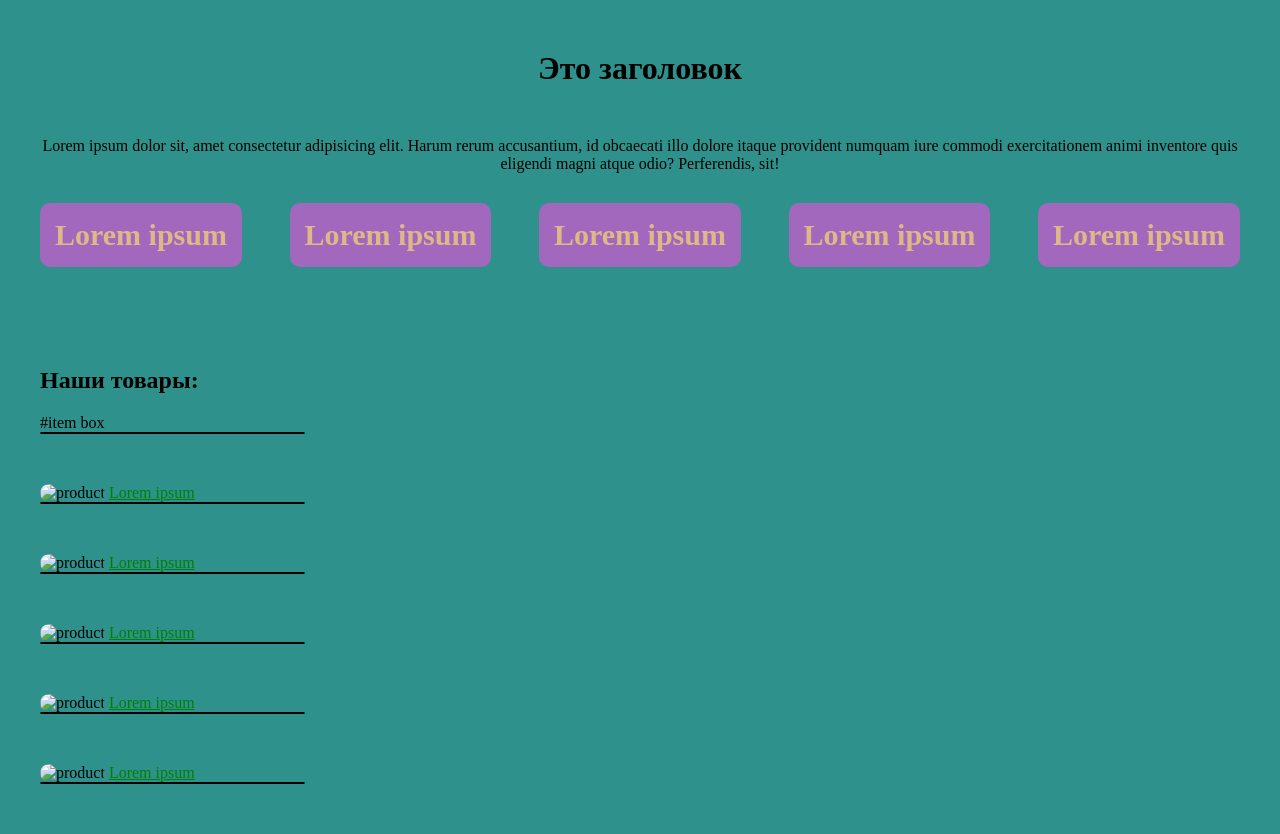
Repository: annamsklv/web
Page: seminar2_26.01/index.html
These files come from the project's save history. The page is drawn as it stood at one moment and after the next save; the edit follows.
The browser window is 1280 px wide. The pictures show the whole page.
Some web fonts or font styles are not loaded; a fallback is used.

Above is the page before, as saved 2023-02-01 18:18:13.
Not found: seminar2_26.01/product.jpeg

After the next save:
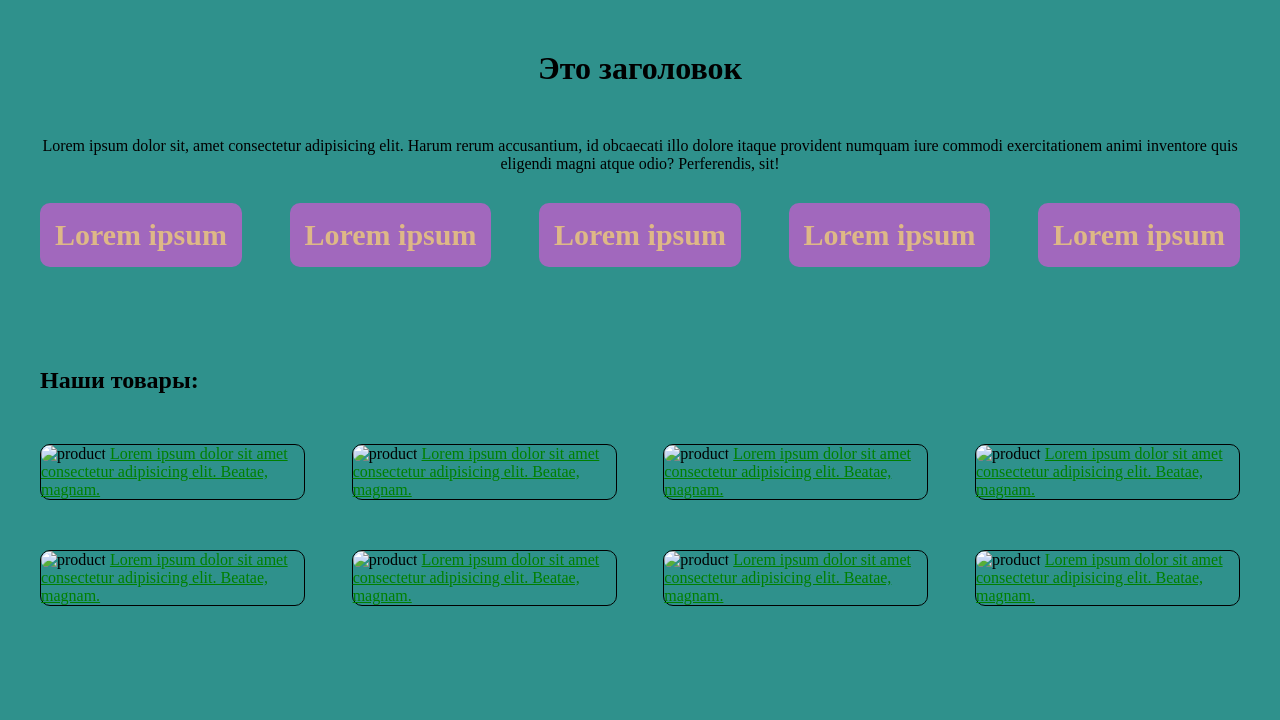
Not found: seminar2_26.01/img/product-1.jpg
Saved 3 min 5 s later.
--- a/seminar2_26.01/index.html
+++ b/seminar2_26.01/index.html
@@ -33,25 +33,43 @@
     <div class="content">
         <div class="container">
             <h2 xlass="subtitle">Наши товары:</h2>
-            #item box
-            <div class="item"></div>
-            <img class="item-pic"src="product.jpeg" alt="product">
-            <a class="item-link"href="#">Lorem ipsum</a>
-            <div class="item"></div>
-            <img class="item-pic"src="product.jpeg" alt="product">
-            <a class="item-link"href="#">Lorem ipsum</a>
-            <div class="item"></div>
-            <img class="item-pic"src="product.jpeg" alt="product">
-            <a class="item-link"href="#">Lorem ipsum</a>
-            <div class="item"></div>
-            <img class="item-pic"src="product.jpeg" alt="product">
-            <a class="item-link"href="#">Lorem ipsum</a>
-            <div class="item"></div>
-            <img class="item-pic"src="product.jpeg" alt="product">
-            <a class="item-link"href="#">Lorem ipsum</a>
-            <div class="item"></div>
+            <div class="item-box">
+                <div class="item">
+                    <img class="item-pic" src="img/product-1.jpg" alt="product">
+                    <a class="item-link" href="test3.html">Lorem ipsum dolor sit amet consectetur adipisicing elit. Beatae, magnam.</a>
+                </div>
+                <div class="item">
+                    <img class="item-pic" src="img/product-1.jpg" alt="product">
+                    <a class="item-link" href="test3.html">Lorem ipsum dolor sit amet consectetur adipisicing elit. Beatae, magnam.</a>
+                </div>
+                <div class="item">
+                    <img class="item-pic" src="img/product-1.jpg" alt="product">
+                    <a class="item-link" href="test3.html">Lorem ipsum dolor sit amet consectetur adipisicing elit. Beatae, magnam.</a>
+                </div>
+                <div class="item">
+                    <img class="item-pic" src="img/product-1.jpg" alt="product">
+                    <a class="item-link" href="test3.html">Lorem ipsum dolor sit amet consectetur adipisicing elit. Beatae, magnam.</a>
+                </div>
+                <div class="item">
+                    <img class="item-pic" src="img/product-1.jpg" alt="product">
+                    <a class="item-link" href="test3.html">Lorem ipsum dolor sit amet consectetur adipisicing elit. Beatae, magnam.</a>
+                </div>
+                <div class="item">
+                    <img class="item-pic" src="img/product-1.jpg" alt="product">
+                    <a class="item-link" href="test3.html">Lorem ipsum dolor sit amet consectetur adipisicing elit. Beatae, magnam.</a>
+                </div>
+                <div class="item">
+                    <img class="item-pic" src="img/product-1.jpg" alt="product">
+                    <a class="item-link" href="test3.html">Lorem ipsum dolor sit amet consectetur adipisicing elit. Beatae, magnam.</a>
+                </div>
+                <div class="item">
+                    <img class="item-pic" src="img/product-1.jpg" alt="product">
+                    <a class="item-link" href="test3.html">Lorem ipsum dolor sit amet consectetur adipisicing elit. Beatae, magnam.</a>
+                </div>
+            </div>
+            </div>
         </div>
-    </div>
+
 
     <div class="footer">
     <div class="container">
